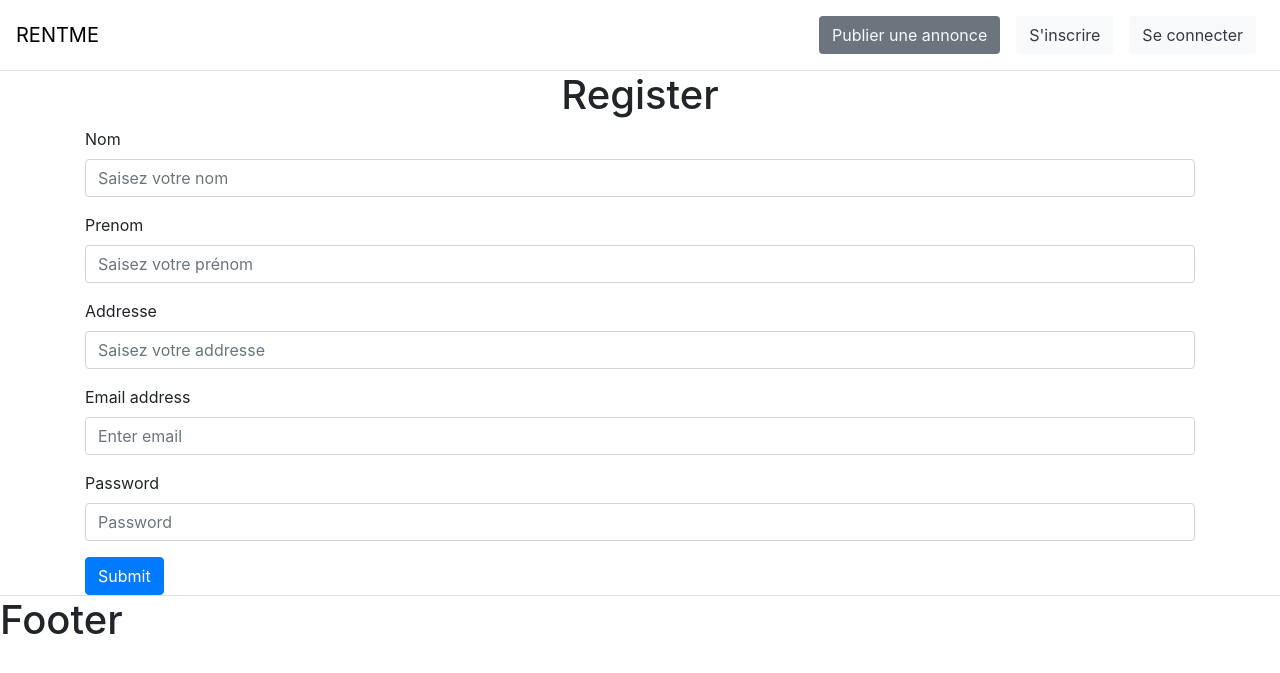
Repository: johan1412/rentme-front
Page: /register
An editor plug-in stored every save of this project. The page is shown before and after a run of saves, followed by the edit.
The browser window is 1280 px wide. The pictures show the whole page.
The page's requests for data from a server got no answer. The project was rebuilt for these pictures with package versions that can differ from the ones it lists, and the page was loaded fresh each time. No one was signed in, and anything a server would have sent is missing. Also part of the build but not shown: vue.config.js, src/components/form/LoginForm.vue, src/components/pages/common/auth/LoginPage.vue.

Above is the page before, as saved 2022-01-05 02:46:31.

After the next 2 saves:
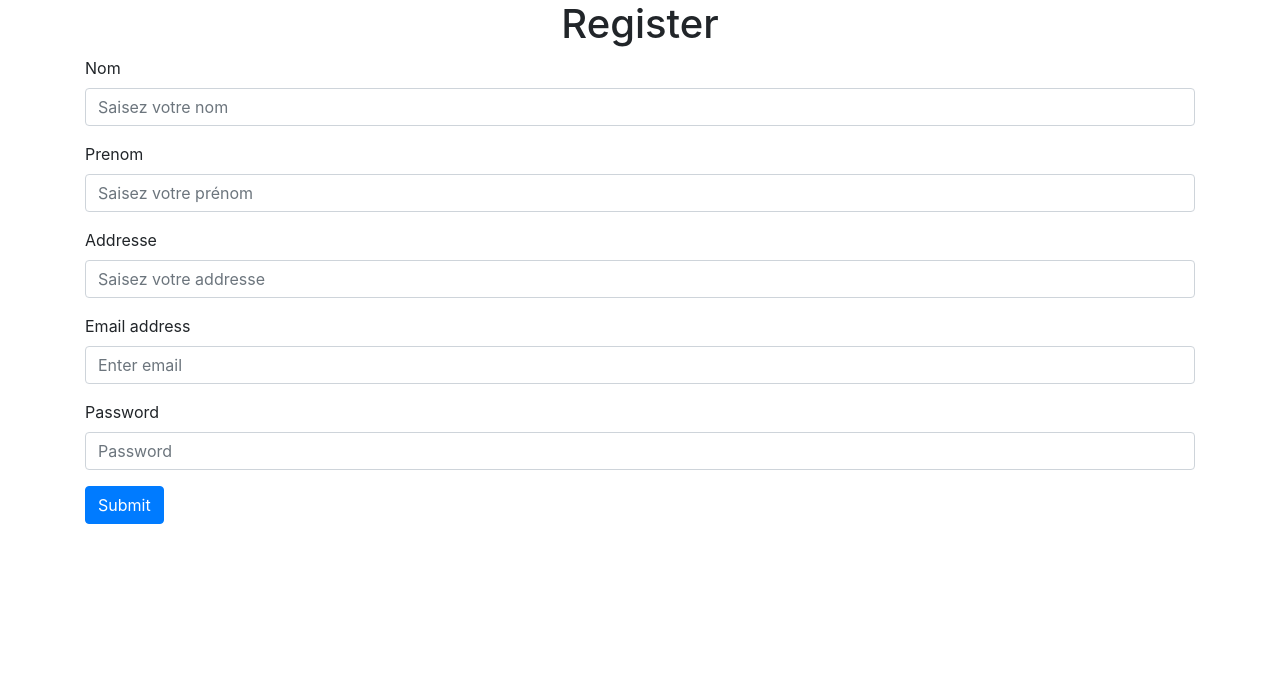
The 2 saves are shown as one change because they came seconds apart.
The last was saved 15 s later.
--- a/src/App.vue
+++ b/src/App.vue
@@ -1,7 +1,5 @@
 <template>
-  <base-layout :user="user">
-    <router-view />
-  </base-layout>
+    <router-view :user="user" />
 </template>
 <script>
 import BaseLayout from "./components/layout/BaseLayout.vue";
